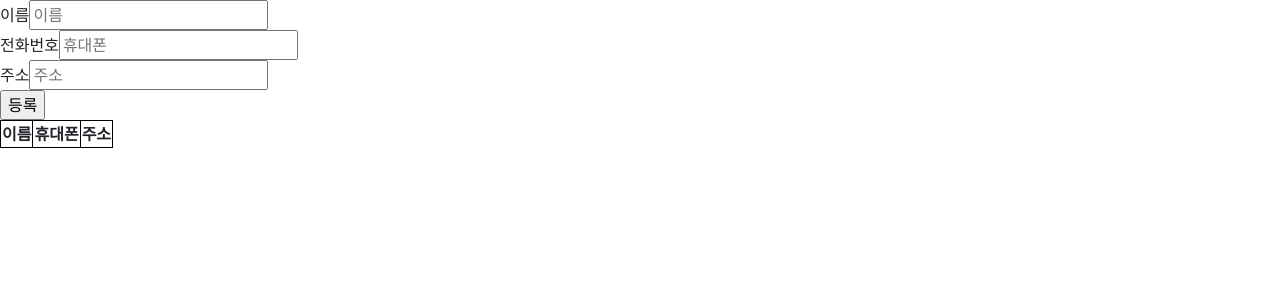
Repository: hoseolkim/highjava
Page: http://localhost/WebStudy02_MVN/adrs/view
The author's editor kept a copy of each file at every save. The page is drawn from the files as they stood at one save, then again after the next save.
The browser window is 1280 px wide. The pictures show the whole page.
The page is served by Tomcat 9.

Above is the page before, as saved 2023-09-21 09:43:01.

After the next save:
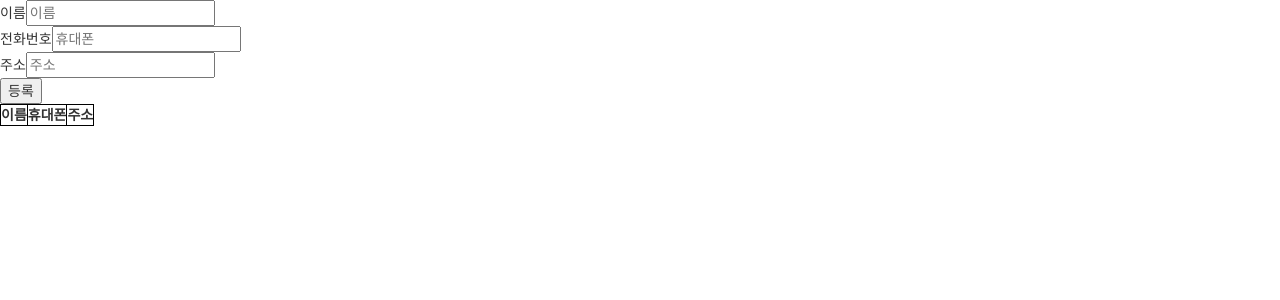
Saved 2 min 56 s later.
--- a/WebStudy02_MVN/src/main/webapp/WEB-INF/views/adrs/adrsView.jsp
+++ b/WebStudy02_MVN/src/main/webapp/WEB-INF/views/adrs/adrsView.jsp
@@ -5,7 +5,7 @@
 <head>
 <meta charset="UTF-8">
 <title>Insert title here</title>
-<link href="https://cdn.jsdelivr.net/npm/bootstrap@5.2.3/dist/css/bootstrap.min.css" rel="stylesheet">
+<link rel="stylesheet" href="https://maxcdn.bootstrapcdn.com/bootstrap/3.3.2/css/bootstrap.min.css">
 <jsp:include page="/includee/preScript.jsp" />
 <script src="https://cdn.jsdelivr.net/npm/bootstrap@5.2.3/dist/js/bootstrap.bundle.min.js"></script>
 <style>

After the 2 saves that followed:
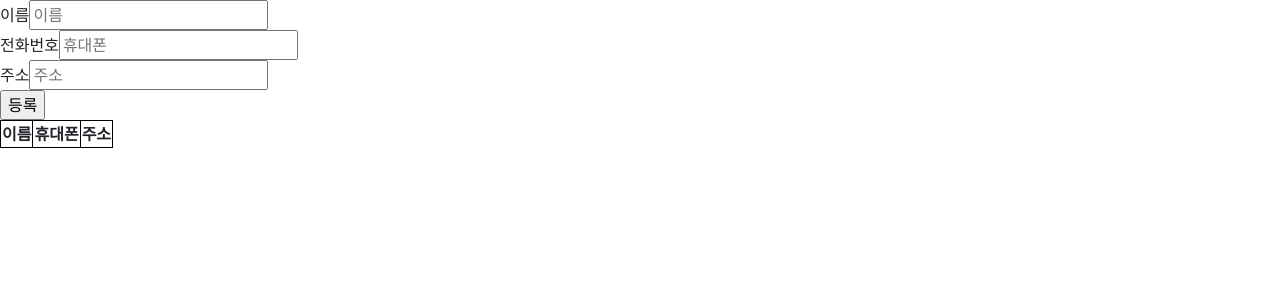
The 2 saves are shown as one change because 1 left the picture as it was.
The last was saved 2 min 32 s later.
--- a/WebStudy02_MVN/src/main/webapp/WEB-INF/views/adrs/adrsView.jsp
+++ b/WebStudy02_MVN/src/main/webapp/WEB-INF/views/adrs/adrsView.jsp
@@ -5,9 +5,12 @@
 <head>
 <meta charset="UTF-8">
 <title>Insert title here</title>
-<link rel="stylesheet" href="https://maxcdn.bootstrapcdn.com/bootstrap/3.3.2/css/bootstrap.min.css">
+<link
+	href="https://cdn.jsdelivr.net/npm/bootstrap@5.2.3/dist/css/bootstrap.min.css"
+	rel="stylesheet">
 <jsp:include page="/includee/preScript.jsp" />
-<script src="https://cdn.jsdelivr.net/npm/bootstrap@5.2.3/dist/js/bootstrap.bundle.min.js"></script>
+<script
+	src="https://cdn.jsdelivr.net/npm/bootstrap@5.2.3/dist/js/bootstrap.bundle.min.js"></script>
 <style>
 	th, td {
 		border : 1px solid black;
